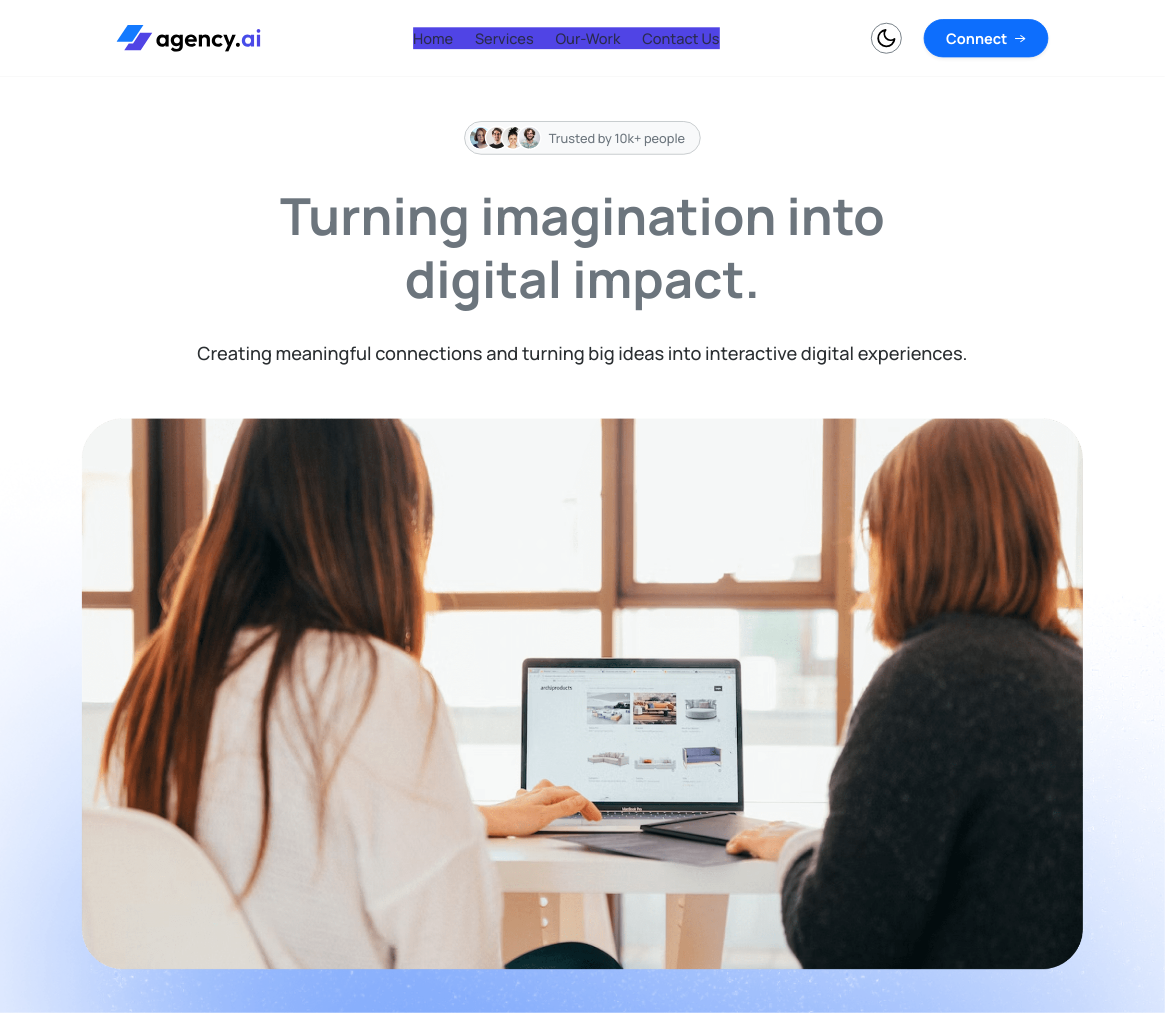
Repository: RAMADAN975/modern-agency-portfolio
Page: /
An editor plug-in stored every save of this project. The page is shown before and after the next save, followed by the edit.
The browser window is 1280 px wide. The pictures show the whole page, at 91% of full size.
The project was rebuilt for these pictures with package versions that can differ from the ones it lists, and the page was loaded fresh each time. Also part of the build but not shown: vite.config.js.

Above is the page before, as saved 2026-03-23 21:25:28.

After the next save:
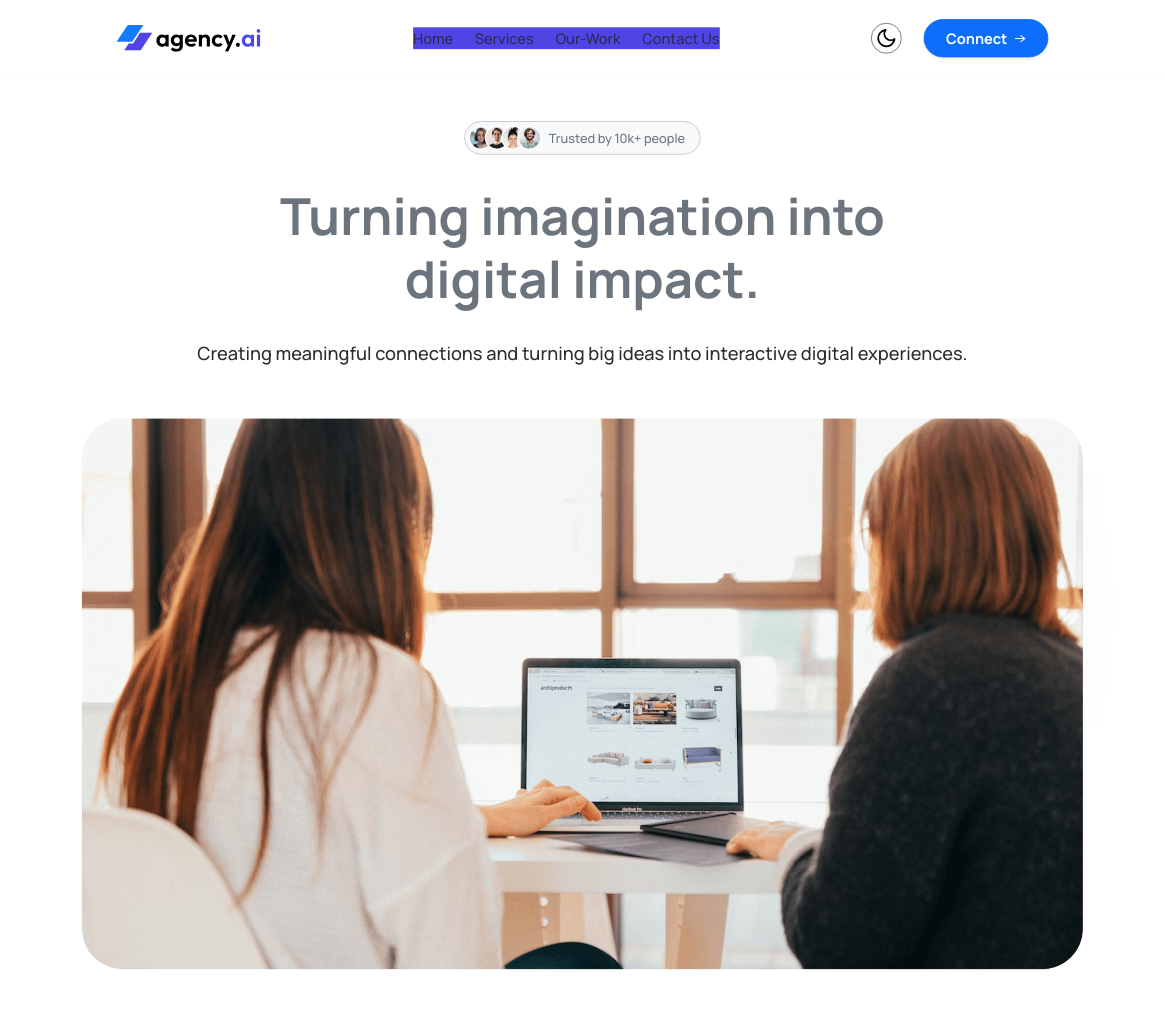
Saved 15 s later.
--- a/src/Components/Hero.jsx
+++ b/src/Components/Hero.jsx
@@ -28,8 +28,9 @@
                 {/* Background Decor Image */}
                 <img
                     src={assets.bgImage1}
+                    className="position-absolute top-0 end-0 z-n1 w-50 d-none d-md-block"
+                    style={{ opacity: 0.7, pointerEvents: 'none' }}
                     alt=""
-                    className="position-absolute hero-bg-decor d-dark-none"
                 />
             </div>
 
